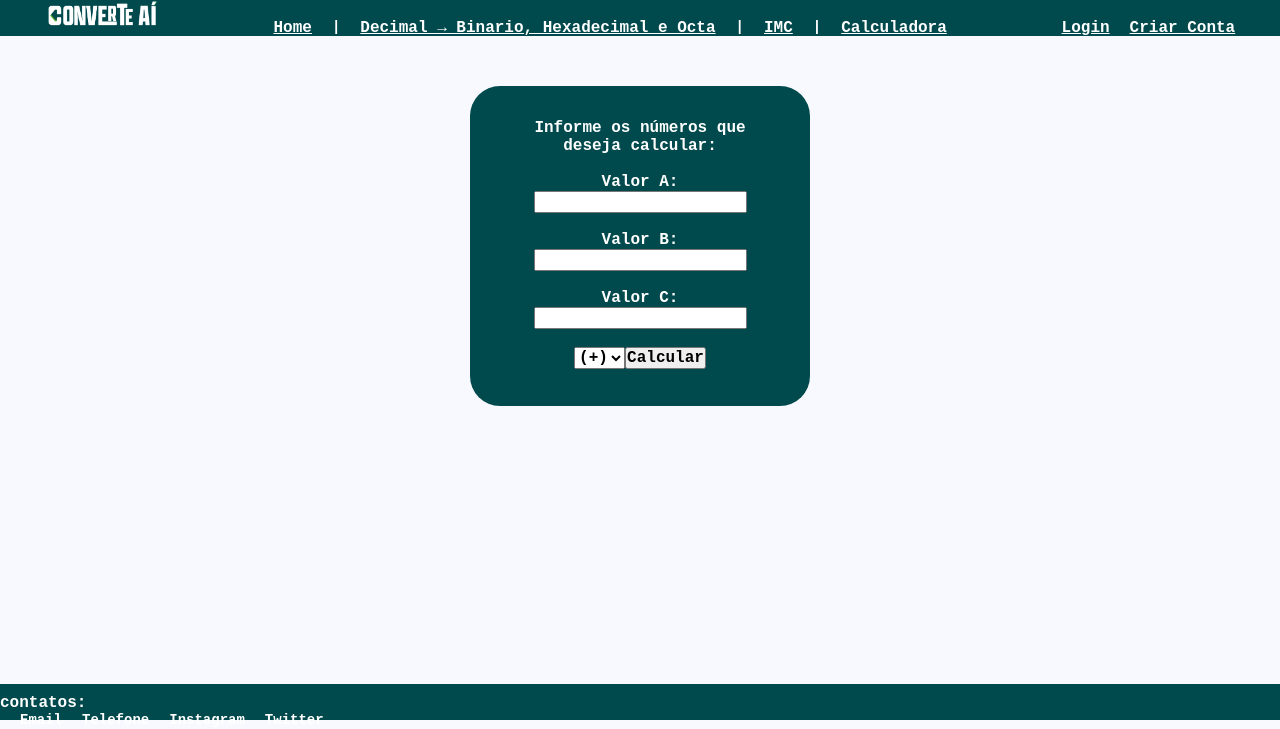
Repository: Frav1u/converteai
Page: ConverteAi/src/main/webapp/META-INF/calculadora.html
An editor plug-in stored every save of this project. The page is shown before and after the next save, followed by the edit.
The browser window is 1280 px wide. The pictures show the whole page.
Some web fonts or font styles are not loaded; a fallback is used.

Above is the page before, as saved 2023-10-04 03:18:57.

### ConverteAi/src/main/webapp/META-INF/calculadora.html
<!DOCTYPE html>
<html>
<head>
	<meta charset="UTF-8">
<title>Decimal Para Binario</title>
<link href="https://fonts.googleapis.com/css2?family=Inter:wght@400;700&family=Space+Mono:wght@400;700&display=swap"  rel="stylesheet">
    <link rel="stylesheet" href="stylecalculadora.css">
	<link rel="icon" href="icone-removebg-preview.png">

</head>
<body>
    <header>
        <a href="home.html"><img class="img" src="logo.png"></a>

        <nav>
            <ul class="menu">
                <li><a href="home.html">Home</a></li>
                <li> | </li>
                <li><a href="decimalParaBinario.html">Decimal → Binario, Hexadecimal e Octa</a></li>
                <li> | </li>
                <li><a href="imc.html">IMC</a></li>
                <li> | </li>
                <li><a href="calculadora.html">Calculadora</a></li>
            </ul>
        </nav>
        <ul class="conta">
            <li><a href="login.html" style="color: white;">Login</a></li>
            <li><a href="cadastro.html" style="color:white">Criar Conta</a></li>
        </ul>
    </header>
	<main>
        <div class="caixa">
    <form action= "Resultado.jsp" method = "get">
        <p> Informe os números que deseja calcular:</p><br>
        <label>Valor A: </label>
        <input type="text" name="ValorA"><br>
        <br>
        <label>Valor B: </label>
        <input type="text" name="ValorB"><br>
        <br>
        <label>Valor C: </label>
        <input type="text" name="ValorC"><br>
        <br>
    <select name = "opcao"> <br>
    <option value = "+">(+)</option>
    <option value = "-">(-)</option>
    <option value = "">()</option>
            <option value = "/">(/)</option>

        </select><input type="Submit" value="Calcular">
    </form>
    </div>
    </main>

	<footer>
		<a>contatos: </a>
		<ul class="contatos">
			<li>Email</li>
			<li>Telefone</li>
			<li>Instagram</li>
			<li>Twitter</li>
		</ul>

	</footer>
</body>

</html>

### ConverteAi/src/main/webapp/stylecalculadora.css

* {
    margin: 0;
    padding: 0;
    box-sizing: border-box;
    font-family: 'Apotek Bold', monospace;
    font-weight: 600;
    font-size: 16px;
    outline: none;
}

body{
	background-color:  ghostwhite
}

li{
	font-size: 14px;
	margin-left: 20px;
}

header{
	background-color: hsl(183, 100%, 15%);
	color: white;
	height: 5vh;
    color: inherit;
    display: flex;
    display: flex;
    justify-content: center;
    align-items: center;
    justify-content: space-evenly;
}

.contatos{
	display: flex;
	list-style: none;
}

.proposito{
	width: 55ch;
	margin: 20px auto;
}


.logo{
	color: white;
}
.menu{
	color: white;
	display: flex;
	margin-top: 20px;
	margin-left: 50px;
	list-style: none;

}

.conta{
	color: white;
	display: flex;
	margin-top: 20px;
	margin-left: 50px;
	list-style: none;
}

.menu a {
	color: white;
	font-size: 16px;

}



nav{
	display: flex;
	justify-content: center;
	align-items: center;
}


main{
	height: 90vh;
	text-align: center;
	padding-top: 30px;
}



.updates{
	margin: 20px auto;
	list-style: none;

}

.img{
	width: 114px;
}

footer{
	background-color: hsl(183, 100%, 15%);
	color: white;
	height: 5vh;
    padding-top: 10px;
}

h2{
	padding-top: 20px;
}
.caixa{
	height: 320px;
	width: 340px;
	background-color: hsl(183, 100%, 15%);
	margin: 20px auto;
	border-radius: 30px;
	padding: 33px;
}

form{
	color: white;

}

After the next save:
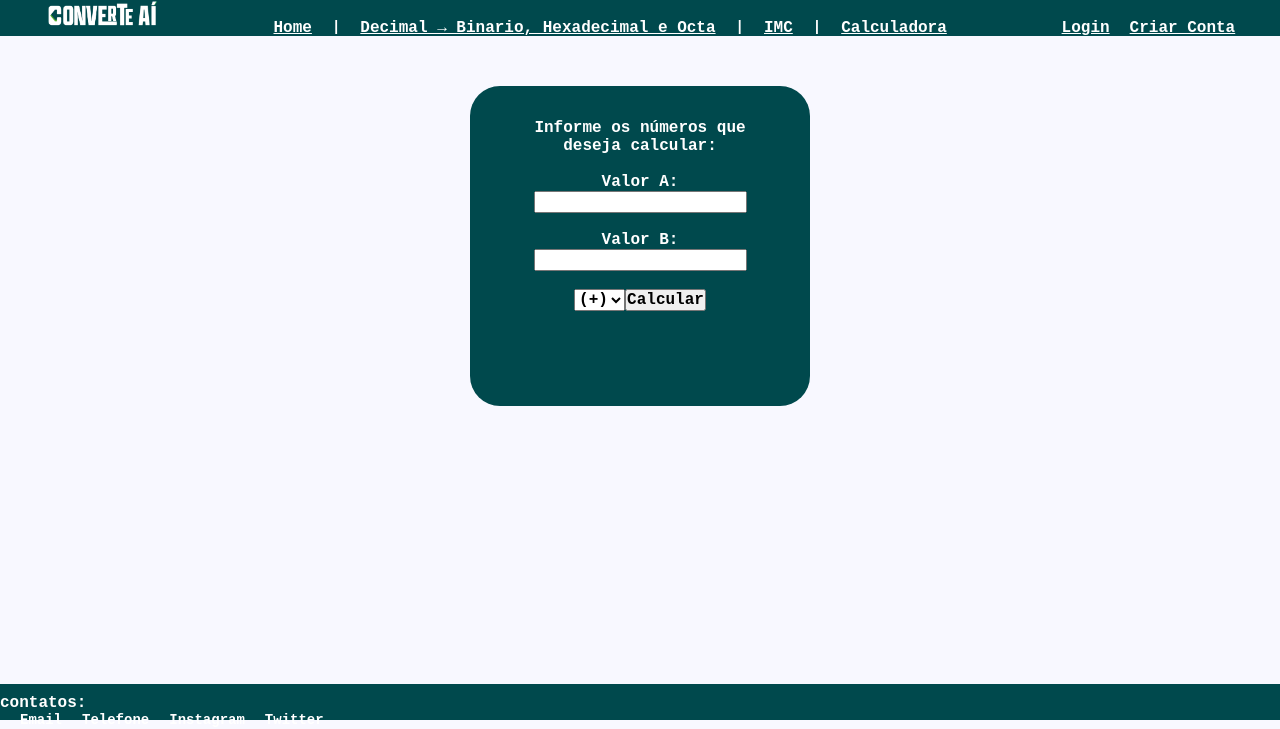
Saved 30 s later.
--- a/ConverteAi/src/main/webapp/META-INF/calculadora.html
+++ b/ConverteAi/src/main/webapp/META-INF/calculadora.html
@@ -38,9 +38,6 @@
         <label>Valor B: </label>
         <input type="text" name="ValorB"><br>
         <br>
-        <label>Valor C: </label>
-        <input type="text" name="ValorC"><br>
-        <br>
     <select name = "opcao"> <br>
     <option value = "+">(+)</option>
     <option value = "-">(-)</option>
